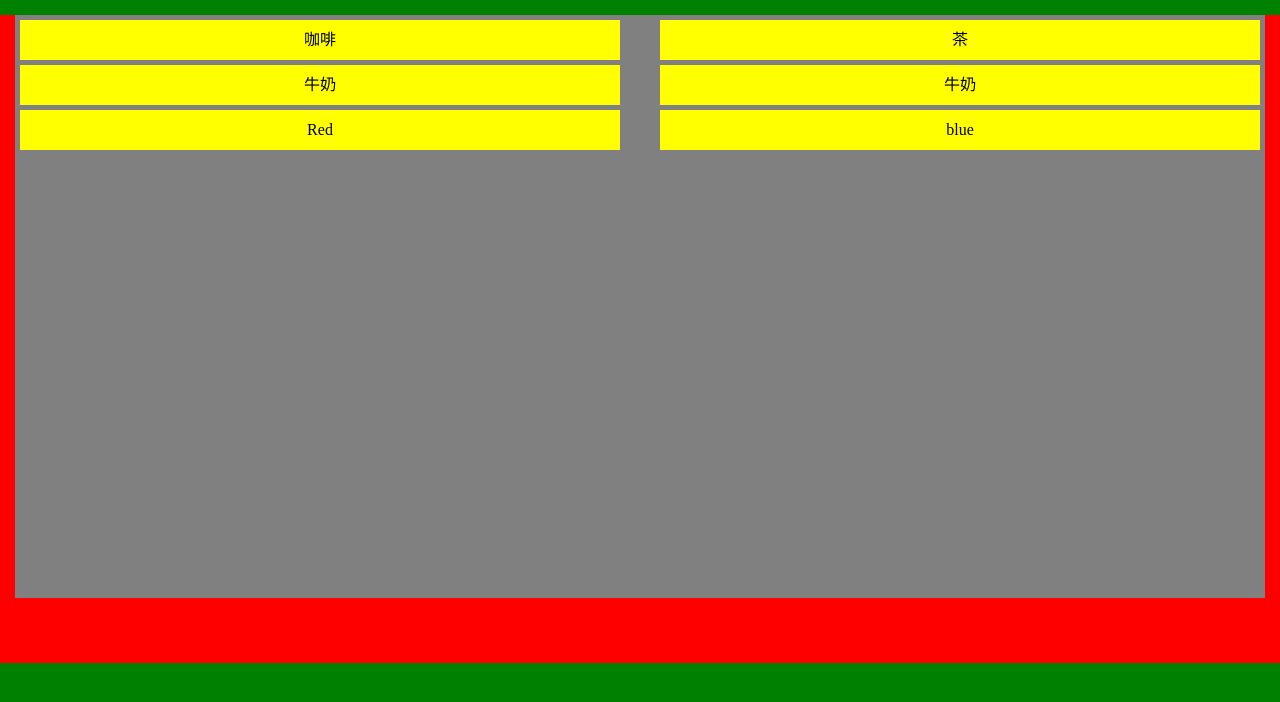
Repository: wangxinjun08231116/Html5Views
Page: WangXinJun/WebContent/htmls/ChangYongMark/Menu.html
An editor plug-in stored every save of this project. The page is shown before and after the next save, followed by the edit.
The browser window is 1280 px wide. The pictures show the whole page.

Above is the page before, as saved 2015-02-04 07:22:22.

After the next save:
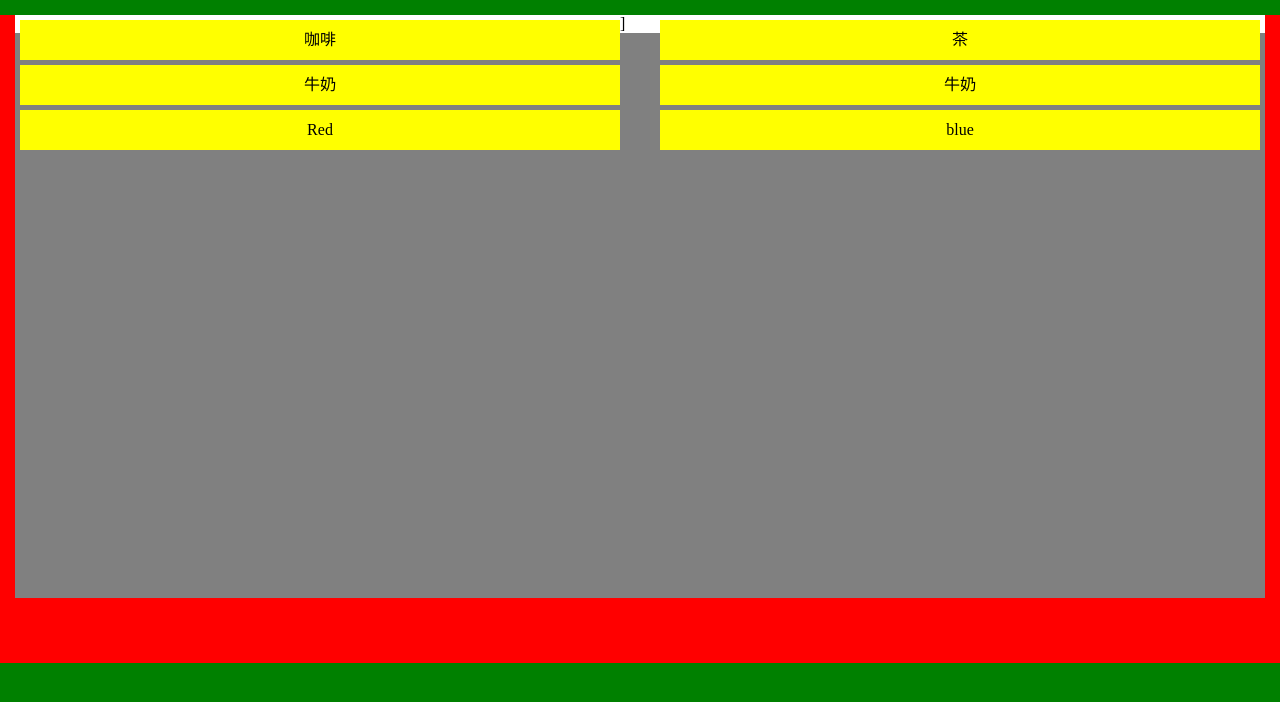
Saved 2 min 50 s later.
--- a/WangXinJun/WebContent/htmls/ChangYongMark/Menu.html
+++ b/WangXinJun/WebContent/htmls/ChangYongMark/Menu.html
@@ -12,12 +12,11 @@
 <div class="divContainer" >
 
 <ul>
-  <li class = "li_left">咖啡</li>
-  <li class = "li_right">茶</li>
-  <li class = "li_left">牛奶</li>
-  <li class = "li_right">牛奶</li>
-
-</ul>
+  <li class = "li_left" onclick="liClick(1)" >咖啡</li>
+  <li class = "li_right" onclick="liClick(1)">茶</li>
+  <li class = "li_left" onclick="liClick(1)">牛奶</li>
+  <li class = "li_right" onclick="liClick(1)">牛奶</li>
+]</ul>
 <br>
 <menu>
 	<li class = "li_left">Red</li>
